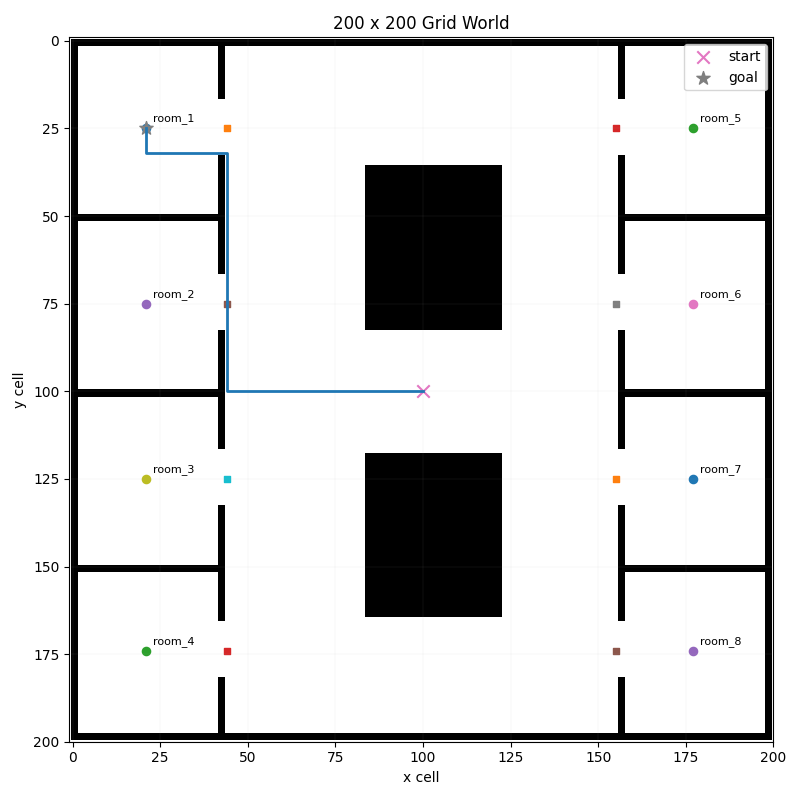
Repository: Jonreasoner/duke_collaboration
Script's output: python astar_planner.py
The author's editor kept a copy of each file at every save. The script's output is drawn from the files as they stood at one save, then again after the next save.
Random numbers start from a fixed seed.

Above is the script's output before, as saved 2026-05-20 11:37:08.

After the next save:
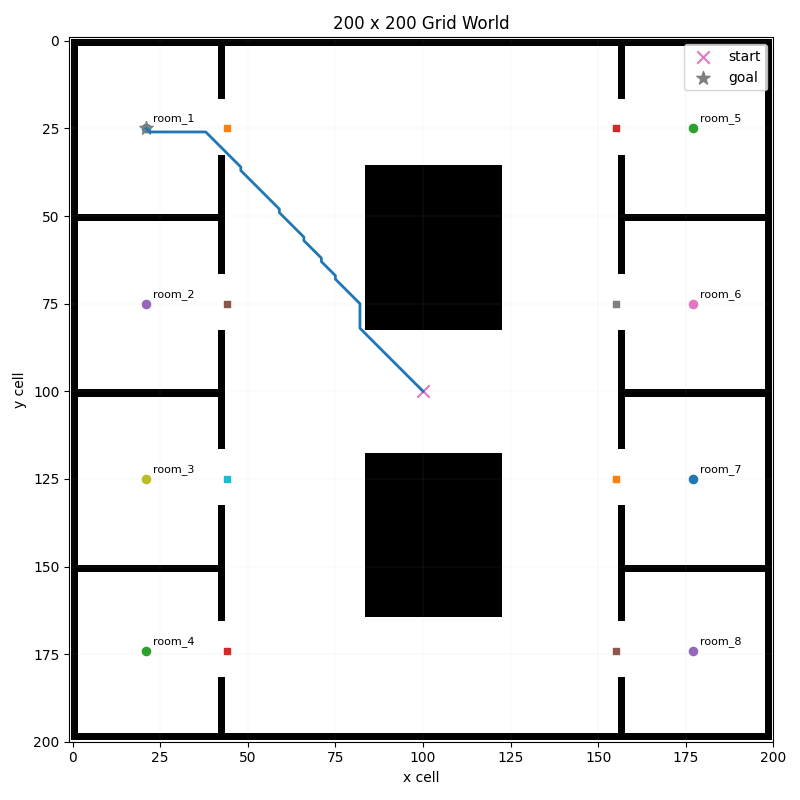
Saved 2 h 26 min later.
--- a/astar_planner.py
+++ b/astar_planner.py
@@ -219,7 +219,7 @@ def main() -> None:
 
     start = (100, 100)
     room_name = "room_1"
-    path = plan_to_room(start, room_name, grid, rooms, allow_diagonal=False)
+    path = plan_to_room(start, room_name, grid, rooms, allow_diagonal=True)
     sparse_waypoints = sparsify_path(path, stride=8)
 
     print(f"Planning command: go_to {room_name}")
